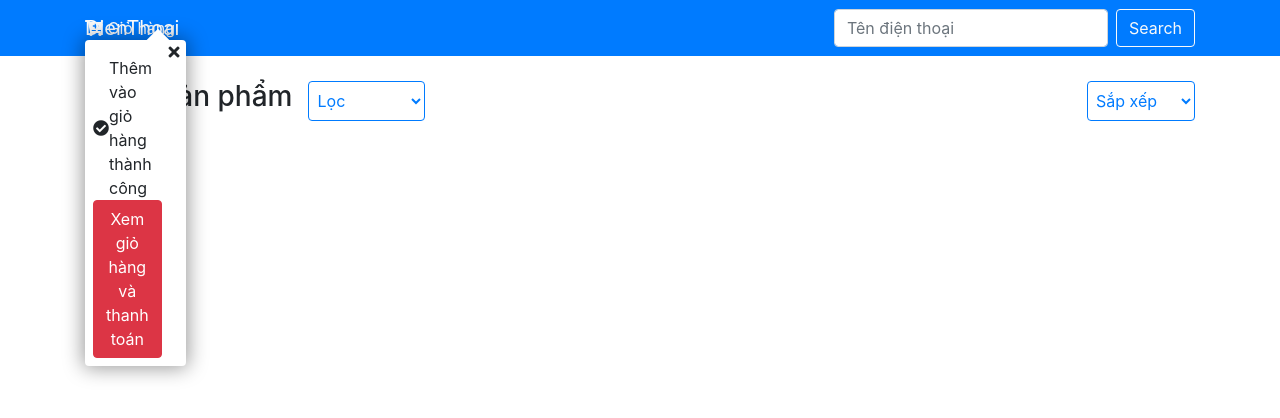
Repository: dovanthao2404/BC14_Bai_Tap_Ban_Dien_Thoai_dovanthao
Page: app/views/index.html
These files come from the project's save history. The page is drawn as it stood at one moment and after a run of saves; the edit follows.
The browser window is 1280 px wide. The pictures show the whole page.
Some web libraries are served in a nearby version. The style sheet was rebuilt from its Sass, Less or Tailwind sources for each picture, by a compiler version that may differ from the author's.

Above is the page before, as saved 2021-08-14 16:18:55.
Console error (its wording comes from the project's code and is left out).

### app/views/index.html
<!DOCTYPE html>
<html lang="en">

<head>
  <meta charset="UTF-8">
  <meta http-equiv="X-UA-Compatible" content="IE=edge">
  <meta name="viewport" content="width=device-width, initial-scale=1.0">
  <title>Dien Thoai Xin</title>




  <!-- FONT AWESOME -->
  <link rel="stylesheet" href="https://cdnjs.cloudflare.com/ajax/libs/font-awesome/5.15.4/css/all.min.css"
    integrity="sha512-1ycn6IcaQQ40/MKBW2W4Rhis/DbILU74C1vSrLJxCq57o941Ym01SwNsOMqvEBFlcgUa6xLiPY/NS5R+E6ztJQ=="
    crossorigin="anonymous" referrerpolicy="no-referrer" />

  <!-- GOOGLE FONTS -->

  <link rel="preconnect" href="https://fonts.googleapis.com">
  <link rel="preconnect" href="https://fonts.gstatic.com" crossorigin>
  <link
    href="https://fonts.googleapis.com/css2?family=Roboto:ital,wght@0,300;0,400;0,700;1,300;1,400;1,700&display=swap"
    rel="stylesheet">

  <!-- B4 -->
  <link rel="stylesheet" href="https://cdn.jsdelivr.net/npm/bootstrap@4.6.0/dist/css/bootstrap.min.css"
    integrity="sha384-B0vP5xmATw1+K9KRQjQERJvTumQW0nPEzvF6L/Z6nronJ3oUOFUFpCjEUQouq2+l" crossorigin="anonymous">

  <!-- MAIN CSS -->
  <link rel="stylesheet" href="../../assets/css/main.css">
</head>

<body>
  <header class="fixed-top">
    <nav class="navbar navbar-dark bg-primary">
      <div class="container">

        <a href="#" class="navbar-brand">
          DienThoai
        </a>
        <form class="form-inline my-2 my-lg-0">
          <input id="valueSearch" class="form-control mr-sm-2" type="search" placeholder="Tên điện thoại"
            aria-label="Search">
          <button id="btnSearch" class="btn btn-outline-light my-2 my-sm-0" type="button">Search</button>
        </form>
        <div class="phone-cart">
          <a href="cart.html" class="text-light">
            <i class="fa fa-cart-plus"></i> Giỏ hàng
          </a>
          <div class="notifiSuccess pb-2 pt-3 pl-2 pr-4 bg-white rounded">
            <i class="fa fa-times icon-close"></i>
            <div class="d-flex align-items-center">
              <i class="fa fa-check-circle"></i>
              <p class="m-0">Thêm vào giỏ hàng thành công</p>
            </div>
            <button class="btn btn-danger w-100" data-target="cart.html">Xem giỏ hàng và thanh toán</button>
          </div>
        </div>
      </div>
    </nav>

  </header>

  <section class="phone-product">
    <div class="container">
      <div id="listAll-type">
        <div class="phone-title">
          <div class="d-flex justify-content-between align-items-center my-3">
            <div class="d-flex align-items-center">
              <h3 class="mr-3">
                Danh sản phẩm
              </h3>
              <div>
                <select class="phone-select" name="" id="phoneType">
                  <option value="">Lọc</option>
                  <option value="Samsung">Samsung</option>
                  <option value="Iphone">Iphone</option>
                </select>

              </div>
            </div>
            <div class="sort-name">
              <select class="phone-select" name="" id="sortPhone">
                <option value="">Sắp xếp</option>
                <option value="a">A - Z</option>
                <option value="z">Z - A</option>
              </select>
            </div>
          </div>
        </div>
        <div class="phone-list">
          <div class="row" id="listPhoneView">

          </div>
        </div>
      </div>
    </div>
    </div>
  </section>


  <!-- B4 -->
  <script src="https://code.jquery.com/jquery-3.5.1.slim.min.js"
    integrity="sha384-DfXdz2htPH0lsSSs5nCTpuj/zy4C+OGpamoFVy38MVBnE+IbbVYUew+OrCXaRkfj"
    crossorigin="anonymous"></script>
  <script src="https://cdn.jsdelivr.net/npm/bootstrap@4.6.0/dist/js/bootstrap.bundle.min.js"
    integrity="sha384-Piv4xVNRyMGpqkS2by6br4gNJ7DXjqk09RmUpJ8jgGtD7zP9yug3goQfGII0yAns"
    crossorigin="anonymous"></script>


  <!-- AXIOS -->
  <script src="https://cdnjs.cloudflare.com/ajax/libs/axios/0.21.1/axios.min.js"
    integrity="sha512-bZS47S7sPOxkjU/4Bt0zrhEtWx0y0CRkhEp8IckzK+ltifIIE9EMIMTuT/mEzoIMewUINruDBIR/jJnbguonqQ=="
    crossorigin="anonymous" referrerpolicy="no-referrer"></script>

  <script type="module" src="./../controllers/main.js"></script>
</body>

</html>

### app/controllers/main.js
import Phone from "./../models/Phone.js"
import ListPhone from "./../models/ListPhone.js"


var listProductInCart = JSON.parse(localStorage.getItem("listProductInCart")) || [];



let getEle = (id) => {
  return document.getElementById(id)
}

let listPhone = new ListPhone();


let renderView = (arr) => {
  let html = ""
  arr.forEach((phone) => {
    html += `
    <div class="col-3 mb-3">
    <div class="card overflow-hidden h-100">
      <img
        src="${phone.img}"
        alt="" class="card-img-top">
      <div class="card-body">
        <h4 class=card-title>
        ${phone.name}
        </h4>
        <p class="card-text">${phone.desc}</p>
        </div>
        <div class="card-footer">
        <a data-action="add"  data-phone=${phone.id} class="btn btn-primary w-100">Cart</a>
        </div>
    </div>
  </div>
    `
  })
  getEle("listPhoneView").innerHTML = html

}

let fetchData = () => {
  listPhone
    .getListPhoneApi()
    .then((resp) => {
      renderView(resp.data)
    })
    .catch((err) => {
      console.log(err)
    })
}

fetchData()

let filterType = (phoneType, type) => {
  return listPhone
    .getListPhoneApi()
    .then((resp) => {
      let data = resp.data;
      data.forEach((phone) => {
        if (phone.type === type) {
          phoneType.push(phone);
        }
      })
      renderView(phoneType)
      return phoneType;
    })
    .catch((err) => {
      console.log(err)
    })
}

let sortPhone = (arr, valueSort) => {
  for (let i = 0; i < arr.length; i++) {
    for (let j = i; j < arr.length; j++) {
      if (valueSort === 1) {
        if (arr[i].name < arr[j].name) {
          let temp = arr[i];
          arr[i] = arr[j]
          arr[j] = temp;
        }
      } else {
        if (arr[i].name > arr[j].name) {
          let temp = arr[i];
          arr[i] = arr[j]
          arr[j] = temp;
        }
      }
    }
  }
  renderView(arr)
}


let delegationSelect = () => {
  let phoneType = [];
  let type = getEle("phoneType").value;
  let dataSort = getEle("sortPhone").value;

  if (type && dataSort) {

    if (dataSort === "a") {
      filterType(phoneType, type)
        .then((phoneType) => {
          sortPhone(phoneType, 1);
        })
    } else {
      filterType(phoneType, type)
        .then((phoneType) => {
          sortPhone(phoneType, 0);
        })
    }

  } else if (type && !dataSort) {

    filterType(phoneType, type);

  } else if (!type && dataSort) {

    if (dataSort === "a") {
      listPhone.getListPhoneApi()
        .then((resp) => {
          sortPhone(resp.data, 1);
        })
        .catch((err) => {
          console.log(err);
        })
    } else {
      listPhone.getListPhoneApi()
        .then((resp) => {
          sortPhone(resp.data, 0);
        })
        .catch((err) => {
          console.log(err);
        })
    }

  } else {
    fetchData()
  }
}

getEle("phoneType").addEventListener("change", delegationSelect)
getEle("sortPhone").addEventListener("change", delegationSelect)

const handleSearch = () => {
  let nameSort = getEle("valueSearch").value;
  nameSort = nameSort.toLowerCase().trim();
  listPhone.getListPhoneApi()
    .then((resp) => {
      let listPhone = resp.data;
      let listPhoneSearch = listPhone.filter((phone) => {
        return phone.name.toLowerCase().includes(nameSort);
      })
      renderView(listPhoneSearch);
    })
    .catch((err) => {
      console.log(err)
    })

}

getEle("btnSearch").addEventListener("click", handleSearch);




const delegationListPhoneView = (e) => {
  if (e.target.getAttribute("data-action") === "add") {
    let id = e.target.getAttribute("data-phone");

    listPhone.getPhoneById(id)
      .then((resp) => {
        let count = 0;
        for (let i = 0; i < listProductInCart.length; i++) {

          if (listProductInCart[i].id === id) {
            listProductInCart[i].quantity += 1;
            localStorage.setItem("listProductInCart", JSON.stringify(listProductInCart));
            count++;
          }

        }

        if (count === 0) {
          let phone = { ...resp.data }
          phone.quantity = 1;
          listProductInCart.push(phone);
          localStorage.setItem("listProductInCart", JSON.stringify(listProductInCart));

        }
      })
      .catch((err) => {
        console.log(err)
      })


  }
}


getEle("listPhoneView").addEventListener("click", delegationListPhoneView)

### app/models/Phone.js
class Phone {
  constructor({
    name,
    price,
    screen,
    backCamera,
    frontCamera,
    img,
    desc,
    type
  },) {
    this.name = name;
    this.price = price;
    this.screen = screen;
    this.backCamera = backCamera;
    this.frontCamera = frontCamera;
    this.img = img;
    this.desc = desc;
    this.type = type;
  }

}

### app/models/ListPhone.js
export default class ListPhone {
  getListPhoneApi() {
    return axios({
      url: "https://6113ecdacba40600170c1d10.mockapi.io/api/phone",
      method: "GET",
    });
  }

  getPhoneById(id) {
    return axios({
      url: `https://6113ecdacba40600170c1d10.mockapi.io/api/phone/${id}`,
      method: "GET",
    });
  }

}

//  MỚi ăn xong

### assets/scss/main.scss
.phone-product {
  margin-top: 80px;
}
.phone-select {
  padding: 8px 20px 8px 4px;
  border-color: #007bff;
  color: #007bff;
  border-radius: 4px;
  background: transparent;
  outline: none;
  cursor: pointer;
  transition: all 0.5s;
  &:hover {
    background-color: #007bff;
    color: white;
  }
  option {
    display: block;
    background-color: white;
    color: #000;
  }
}
.phone-cart {
  position: absolute;
}
.notifiSuccess {
  z-index: 90;
  position: absolute;
  box-shadow: 0 0 20px 2px rgba(0, 0, 0, 0.4);
  &:before {
    content: "";
    position: absolute;
    display: block;
    width: 16px;
    height: 16px;
    background-color: #fff;
    transform: rotate(45deg);
    top: -8px;
    right: 20px;
  }

  .icon-close {
    position: absolute;
    right: 6px;
    top: 4px;
    cursor: pointer;
  }
}

After the next 3 saves:
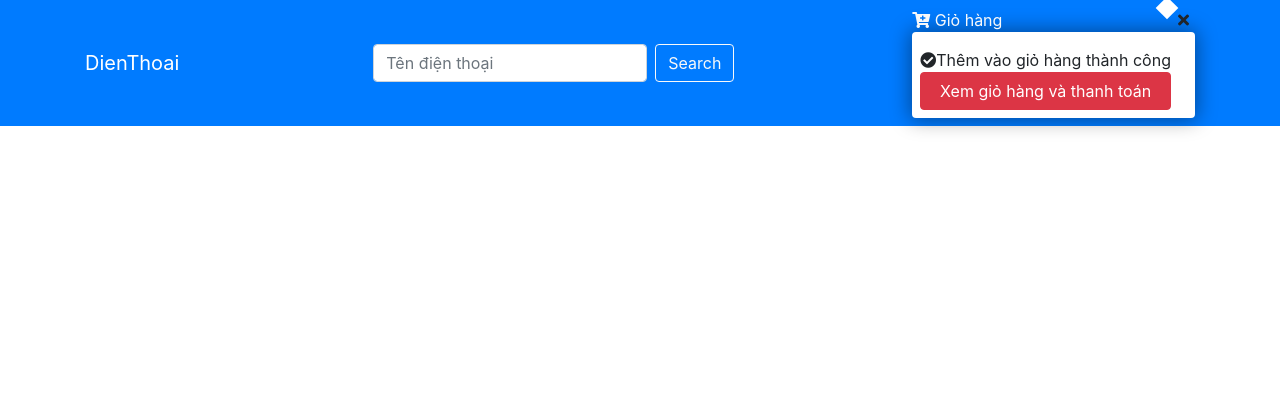
The 3 saves are shown as one change because they came seconds apart.
The last was saved 14 s later.
--- a/assets/scss/main.scss
+++ b/assets/scss/main.scss
@@ -21,11 +21,11 @@
   }
 }
 .phone-cart {
-  position: absolute;
+  position: relative;
 }
 .notifiSuccess {
-  z-index: 90;
-  position: absolute;
+  // z-index: 90;
+  // position: absolute;
   box-shadow: 0 0 20px 2px rgba(0, 0, 0, 0.4);
   &:before {
     content: "";
